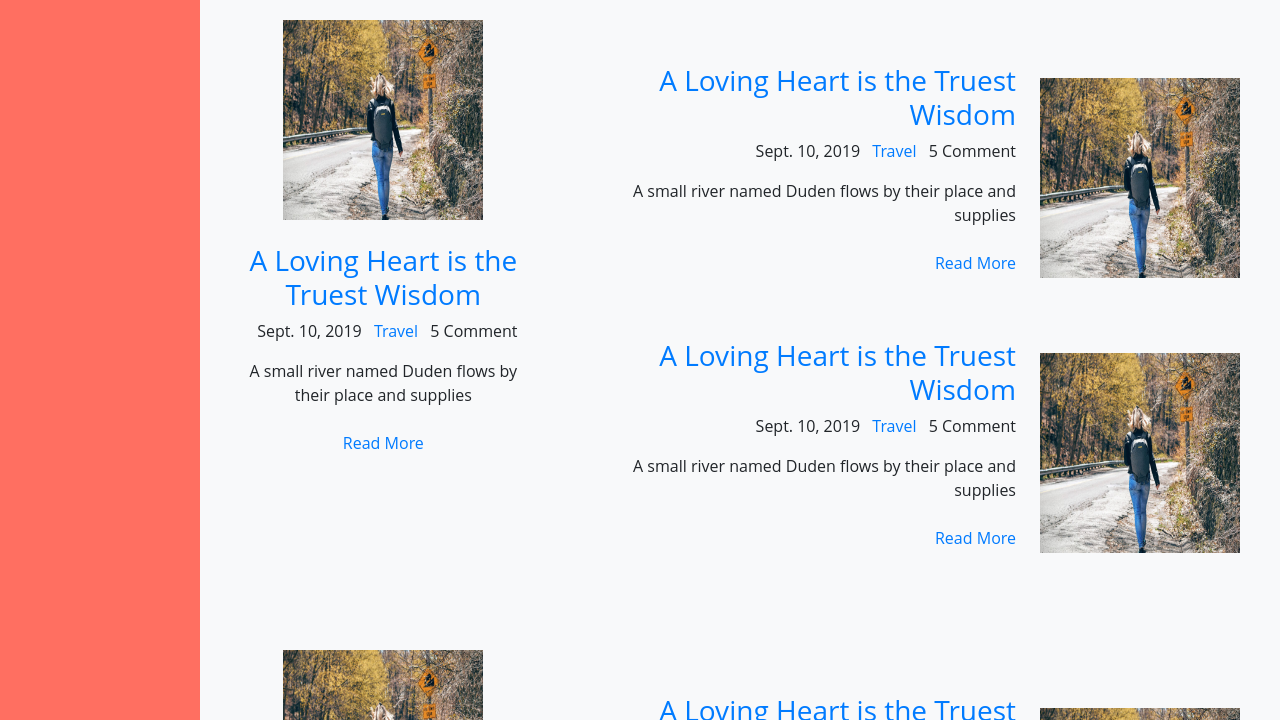
Repository: tts2610/GoogleNews
Page: index.html
These files come from the project's save history. The page is drawn as it stood at one moment and after the next save; the edit follows.
The browser window is 1280 px wide. The pictures show the whole page.
The page's requests for data from a server got no answer. An inner scrolling area shows only its first screen. Some web libraries are served in a nearby version.

Above is the page before, as saved 2020-05-20 22:24:38.

### index.html
<!DOCTYPE html>
<html lang="en">

<head>
    <meta charset="UTF-8">
    <meta name="viewport" content="width=device-width, initial-scale=1.0">
    <title>Document</title>
    <link rel="stylesheet" href="https://maxcdn.bootstrapcdn.com/bootstrap/4.4.1/css/bootstrap.min.css">

    <!-- jQuery library -->
    <script src="https://ajax.googleapis.com/ajax/libs/jquery/3.5.1/jquery.min.js"></script>

    <!-- Popper JS -->
    <script src="https://cdnjs.cloudflare.com/ajax/libs/popper.js/1.16.0/umd/popper.min.js"></script>

    <!-- Latest compiled JavaScript -->
    <script src="https://maxcdn.bootstrapcdn.com/bootstrap/4.4.1/js/bootstrap.min.js"></script>
    <link rel="stylesheet" href="css/style.css">

    <link href="https://unpkg.com/aos@2.3.1/dist/aos.css" rel="stylesheet">

    <link rel="stylesheet" href="https://cdnjs.cloudflare.com/ajax/libs/animate.css/4.0.0/animate.min.css" />
    <script src="js/moment.js"></script>
</head>

<body>
    <div class="myContainer">
        <div class="sidenav">
            <ul id="sideNav">
                <!-- <li></li>
                <li></li>
                <li></li> -->
            </ul>
        </div>
        <div class="content" id="myContent">

            <div class="row">
                <div class="col-4">
                    <div class="blog-entry-left">
                        <div>
                            <img src="img/image_8.jpg" width="200" height="200">
                        </div>
                        <div class="text p-4" style="text-align: center;">
                            <h3 class="mb-2"><a href="single.html">A Loving Heart is the Truest Wisdom</a></h3>
                            <div class="meta-wrap">
                                <p class="meta">
                                    <span><i class="icon-calendar mr-2"></i>Sept. 10, 2019</span>
                                    <span><a href="single.html"><i class="icon-folder-o mr-2"></i>Travel</a></span>
                                    <span><i class="icon-comment2 mr-2"></i>5 Comment</span>
                                </p>
                            </div>
                            <p class="mb-4">A small river named Duden flows by their place and supplies</p>
                            <p><a href="#" class="btn-custom">Read More <span class="ion-ios-arrow-forward"></span></a></p>
                        </div>
                    </div>
                </div>
                <div class="col-8 d-flex">
                    <div class="row">
                        <div class="col-md-12">
                            <div class="blog-entry ftco-animate d-md-flex align-items-center">
                                <div class="text text-2 text-md-right p-4">
                                    <h3 class="mb-2"><a href="single.html">A Loving Heart is the Truest Wisdom</a></h3>
                                    <div class="meta-wrap">
                                        <p class="meta">
                                            <span><i class="icon-calendar mr-2"></i>Sept. 10, 2019</span>
                                            <span><a href="single.html"><i class="icon-folder-o mr-2"></i>Travel</a></span>
                                            <span><i class="icon-comment2 mr-2"></i>5 Comment</span>
                                        </p>
                                    </div>
                                    <p class="mb-4">A small river named Duden flows by their place and supplies</p>
                                    <p><a href="#" class="btn-custom">Read More <span class="ion-ios-arrow-forward"></span></a></p>
                                </div>
                                <div class="news-img"><img src="img/image_8.jpg" width="200" height="200"></div>
                            </div>
                        </div>
                        <div class="col-md-12">
                            <div class="blog-entry ftco-animate d-md-flex align-items-center">
                                <div class="text text-2 text-md-right p-4">
                                    <h3 class="mb-2"><a href="single.html">A Loving Heart is the Truest Wisdom</a></h3>
                                    <div class="meta-wrap">
                                        <p class="meta">
                                            <span><i class="icon-calendar mr-2"></i>Sept. 10, 2019</span>
                                            <span><a href="single.html"><i class="icon-folder-o mr-2"></i>Travel</a></span>
                                            <span><i class="icon-comment2 mr-2"></i>5 Comment</span>
                                        </p>
                                    </div>
                                    <p class="mb-4">A small river named Duden flows by their place and supplies</p>
                                    <p><a href="#" class="btn-custom">Read More <span class="ion-ios-arrow-forward"></span></a></p>
                                </div>
                                <div class="news-img"><img src="img/image_8.jpg" width="200" height="200"></div>
                            </div>
                        </div>
                    </div>
                </div>
            </div>
            <!-- <button type="button" id="loadMoreBtn" class="btn btn-success my-3" style="margin-left: 470px;">Load more...</button> -->
            <div class="row">
                <div class="col-4 d-flex">
                    <div class="blog-entry-left">
                        <div>
                            <img src="img/image_8.jpg" width="200" height="200">
                        </div>
                        <div class="text p-4" style="text-align: center;">
                            <h3 class="mb-2"><a href="single.html">A Loving Heart is the Truest Wisdom</a></h3>
                            <div class="meta-wrap">
                                <p class="meta">
                                    <span><i class="icon-calendar mr-2"></i>Sept. 10, 2019</span>
                                    <span><a href="single.html"><i class="icon-folder-o mr-2"></i>Travel</a></span>
                                    <span><i class="icon-comment2 mr-2"></i>5 Comment</span>
                                </p>
                            </div>
                            <p class="mb-4">A small river named Duden flows by their place and supplies</p>
                            <p><a href="#" class="btn-custom">Read More <span class="ion-ios-arrow-forward"></span></a></p>
                        </div>
                    </div>
                </div>
                <div class="col-8 d-flex">
                    <div class="row">
                        <div class="col-md-12">
                            <div class="blog-entry ftco-animate d-md-flex align-items-center">
                                <div class="text text-2 text-md-right p-4">
                                    <h3 class="mb-2"><a href="single.html">A Loving Heart is the Truest Wisdom</a></h3>
                                    <div class="meta-wrap">
                                        <p class="meta">
                                            <span><i class="icon-calendar mr-2"></i>Sept. 10, 2019</span>
                                            <span><a href="single.html"><i class="icon-folder-o mr-2"></i>Travel</a></span>
                                            <span><i class="icon-comment2 mr-2"></i>5 Comment</span>
                                        </p>
                                    </div>
                                    <p class="mb-4">A small river named Duden flows by their place and supplies</p>
                                    <p><a href="#" class="btn-custom">Read More <span class="ion-ios-arrow-forward"></span></a></p>
                                </div>
                                <div class="news-img"><img src="img/image_8.jpg" width="200" height="200"></div>
                            </div>
                        </div>
                        <div class="col-md-12">
                            <div class="blog-entry ftco-animate d-md-flex align-items-center">
                                <div class="text text-2 text-md-right p-4">
                                    <h3 class="mb-2"><a href="single.html">A Loving Heart is the Truest Wisdom</a></h3>
                                    <div class="meta-wrap">
                                        <p class="meta">
                                            <span><i class="icon-calendar mr-2"></i>Sept. 10, 2019</span>
                                            <span><a href="single.html"><i class="icon-folder-o mr-2"></i>Travel</a></span>
                                            <span><i class="icon-comment2 mr-2"></i>5 Comment</span>
                                        </p>
                                    </div>
                                    <p class="mb-4">A small river named Duden flows by their place and supplies</p>
                                    <p><a href="#" class="btn-custom">Read More <span class="ion-ios-arrow-forward"></span></a></p>
                                </div>
                                <div class="news-img"><img src="img/image_8.jpg" width="200" height="200"></div>
                            </div>
                        </div>
                    </div>
                </div>
            </div>
        </div>
    </div>

    <script src="js/script.js"></script>
    <script src="https://unpkg.com/aos@2.3.1/dist/aos.js"></script>
    <script>
        AOS.init();
    </script>
</body>

</html>

### css/style.css
body {
    margin: 0;
    font-family: 'Open Sans', sans-serif;
}

.myContainer {
    display: flex;
    justify-content: start;
}

.sidenav {
    min-height: 100vh;
    width: 200px;
    float: left;
    position: relative;
    background-color: #FF6F61;
}

#sideNav {
    overflow-y: scroll;
}

.content {
    height: 100vh;
    width: calc(100% - 200px);
    float: right;
    position: relative;
    background-color: #f8f9fa;
    overflow-y: scroll;
}

.blog-entry-left {
    display: flex;
    flex-direction: column;
    align-items: center;
}

.row {
    padding: 20px;
    font-size: medium;
}

button {
    margin-left: 500px;
}

### js/script.js
let newsList = [];
const apiKey = "2dc86bcdc7184b17b45b74b30858f75a"
let page = 1;
let pageSize = 6;
let categoryList = [];
let q = "apple";

const loadNews = async(page) => {
    let sources = [];
    $("input:checkbox:checked").each(function() {
        sources.push($(this).val());
    });
    let url;
    if (!sources.length)
        url = `https://newsapi.org/v2/top-headlines?q=${q}&apiKey=${apiKey}&page=${page}&pageSize=${pageSize}`;
    else {
        let sourceStr = sources.join(",");
        url = `https://newsapi.org/v2/top-headlines?q=${q}&page=${page}&pageSize=${pageSize}&sources=${sourceStr}&apiKey=${apiKey}`
    }



    let data = await fetch(url);
    let result = await data.json();
    $("#myContent").empty();
    $("#myContent").append(render(result));
    $('#myContent').append(`<button onclick="loadMoreFunction()" id="loadMoreBtn" type="button" class="btn btn-success my-4">Load more</button>`);
    $('#myContent').append(`<div id="currentNews" style="text-align:right;">Shown : ${result.articles.length} news</div>`);
}

$(document).ready(function() {
    countCategory();
    // loadNews(page);

});

async function countCategory() {
    let filterUrl = `https://newsapi.org/v2/top-headlines?q=${q}&apiKey=${apiKey}`;
    let filterData = await fetch(filterUrl);
    let result = await filterData.json();
    result.articles.forEach((x, i) => {
        addToDictionary(x.source);
    });
    reloadFilter();
}


function loadMoreFunction() {
    page++;
    $("#loadMoreBtn").remove();
    $("#currentNews").remove();
    loadNews(page);
}

function reloadFilter() {
    $("#sideNav").empty();
    categoryList.forEach(element => {
        let html = `<div class="form-check">
                        <input class="form-check-input" onchange="loadNews(1);" type="checkbox" id="${element.id}" value="${element.id}">
                        <label class="form-check-label">${element.category}(${element.count})</label>
                    </div>`;
        $("#sideNav").append(html);
    });
}

function addToDictionary(x) {
    let flag;
    for (let i = 0; i < categoryList.length; i++) {
        if (categoryList[i].id == x.id) {
            categoryList[i].count++;
            flag = true;
        }
    }
    if (!flag)
        categoryList.push({ id: x.id, category: x.name, count: 1 })
}

function render(result) {
    let innerHtml = '';
    let firstNum = 0;
    let midNum;
    let lastNum;
    result.articles.forEach((x, i) => {
        if (i == firstNum) {
            innerHtml += `<div class="row animate__animated animate__fadeInUp">
            <div class="col-4">
                <div class="blog-entry-left">
                    <div>
                        <img src="${x.urlToImage}" width="200" height="200">
                    </div>
                    <div class="text">
                        <h3 class=""><a href="single.html">${x.title}</a></h3>
                        <div class="meta-wrap">
                            <p class="meta">
                                <span><i class="icon-calendar mr-2"></i>${moment(x.publishedAt).fromNow()}</span>
                                <span><a href="single.html"><i class="icon-folder-o mr-2"></i>${x.source.name}</a></span>
                                <span><i class="icon-comment2 mr-2"></i>5 Comment</span>
                            </p>
                        </div>
                        <p class="">${x.description}</p>
                        <p><a href="#" class="btn-custom">Read More <span class="ion-ios-arrow-forward"></span></a></p>
                    </div>
                </div>
            </div>`
            midNum = i + 1;
            firstNum = firstNum + 3;
        }
        if (i == midNum) {
            innerHtml += `<div class="col-8">
            <div class="row">
                <div class="col-md-12">
                    <div class="blog-entry">
                        <div class="text text-2 text-md-right pr-4">
                            <h3 class="mb-2"><a href="single.html">${x.title}</a></h3>
                            <div class="meta-wrap">
                                <p class="meta">
                                    <span><i class="icon-calendar mr-2"></i>${moment(x.publishedAt).fromNow()}</span>
                                    <span><a href="single.html"><i class="icon-folder-o mr-2"></i>${x.source.name}</a></span>
                                    <span><i class="icon-comment2 mr-2"></i>5 Comment</span>
                                </p>
                            </div>
                            <p class="mb-4">${x.description}</p>
                            <p><a href="#" class="btn-custom">Read More <span class="ion-ios-arrow-forward"></span></a></p>
                        </div>
                        <div class="news-img"><img src="${x.urlToImage}" width="200" height="200"></div>
                    </div>
                </div>`
            lastNum = i + 1;
        }
        if (i == lastNum) {
            innerHtml += `<div class="col-md-12">
            <div class="blog-entry ftco-animate d-md-flex align-items-center">
                <div class="text text-2 text-md-right pr-4">
                    <h3 class="mb-2"><a href="single.html">${x.title}</a></h3>
                    <div class="meta-wrap">
                        <p class="meta">
                            <span><i class="icon-calendar mr-2"></i>${moment(x.publishedAt).fromNow()}</span>
                            <span><a href="single.html"><i class="icon-folder-o mr-2"></i>${x.source.name}</a></span>
                            <span><i class="icon-comment2 mr-2"></i>5 Comment</span>
                        </p>
                    </div>
                    <p class="mb-4">${x.description}</p>
                    <p><a href="#" class="btn-custom">Read More <span class="ion-ios-arrow-forward"></span></a></p>
                </div>
                <div class="news-img"><img src="${x.urlToImage}" width="200" height="200"></div>
            </div>
        </div>
    </div>
</div>
</div>
`
        }


    });
    return innerHtml;
}

Loaded but not shown: js/moment.js (library)

After the next save:
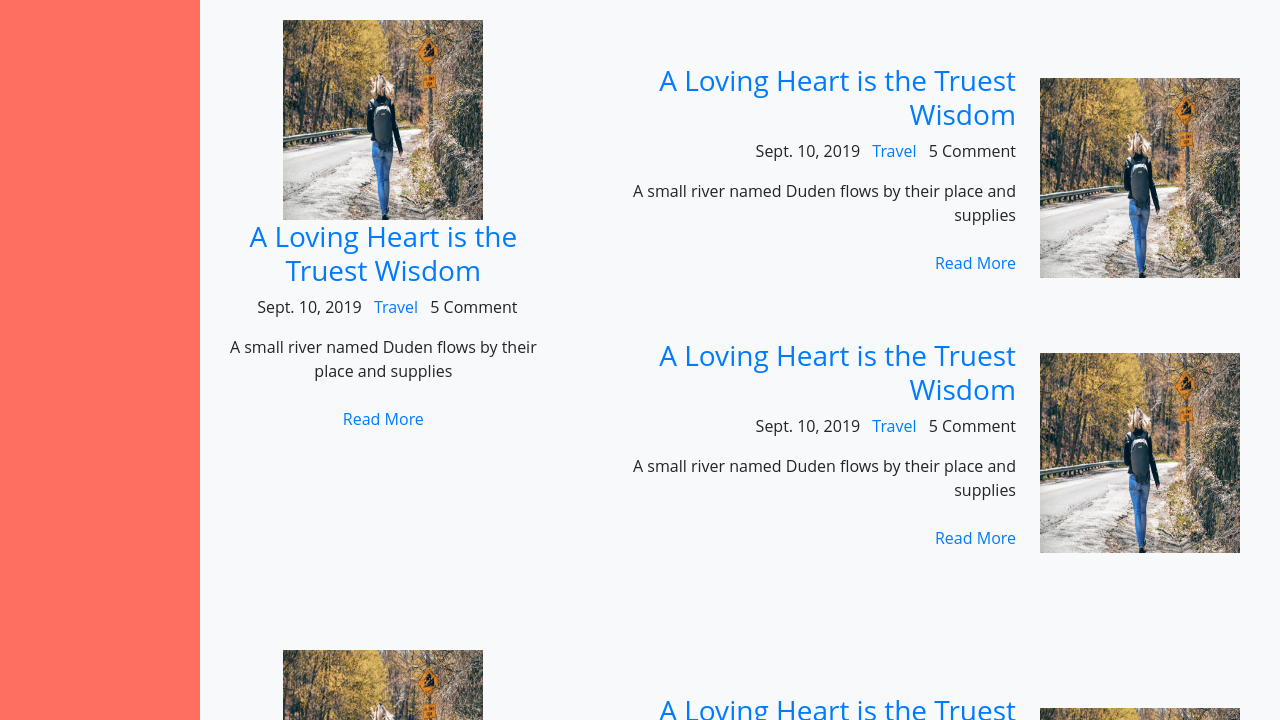
Saved 9 s later.
--- a/index.html
+++ b/index.html
@@ -40,7 +40,7 @@
                         <div>
                             <img src="img/image_8.jpg" width="200" height="200">
                         </div>
-                        <div class="text p-4" style="text-align: center;">
+                        <div class="text" style="text-align: center;">
                             <h3 class="mb-2"><a href="single.html">A Loving Heart is the Truest Wisdom</a></h3>
                             <div class="meta-wrap">
                                 <p class="meta">
